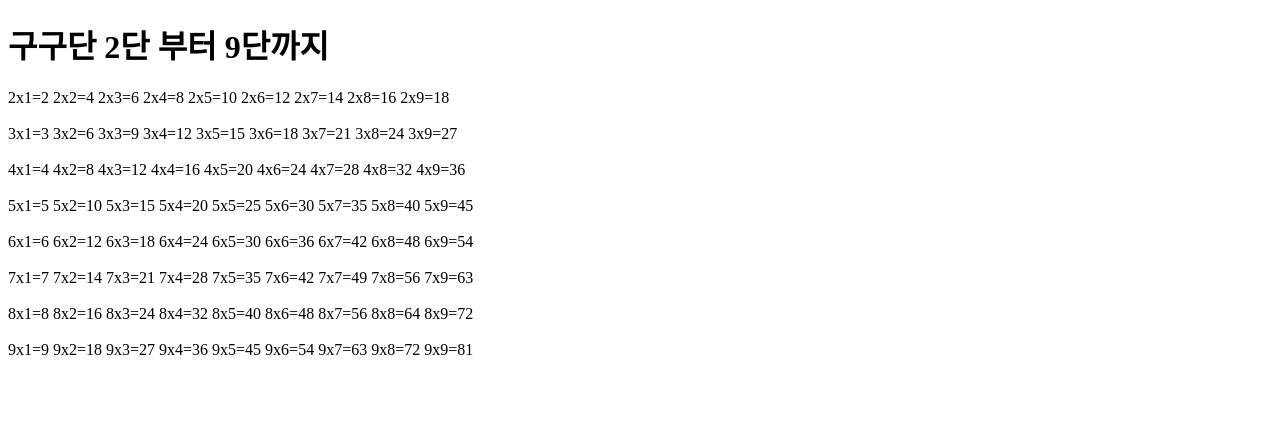
Repository: hyeongu135-ui/Jsp2026
Page: http://localhost/chapter01/test02.jsp
These files come from the project's save history. The page is drawn as it stood at one moment and after the next save; the edit follows.
The browser window is 1280 px wide. The pictures show the whole page.
The page is served by Tomcat 9.

Above is the page before, as saved 2026-10-16 03:10:13.

After the next save:
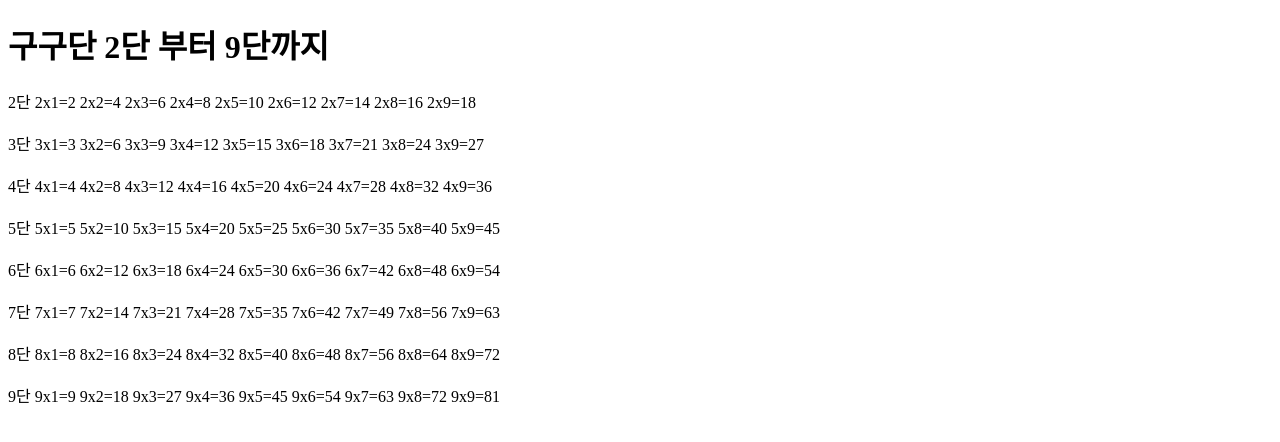
Saved 4 min 20 s later.
--- a/chapter01/src/main/webapp/test02.jsp
+++ b/chapter01/src/main/webapp/test02.jsp
@@ -11,6 +11,7 @@
 	<p>
 	<%
 	for (int i = 2; i < 10; i++) {
+		out.print(i+"단");
 		for (int j = 1; j < 10; j++) {
 			int sum = (i*j);
 	%>
